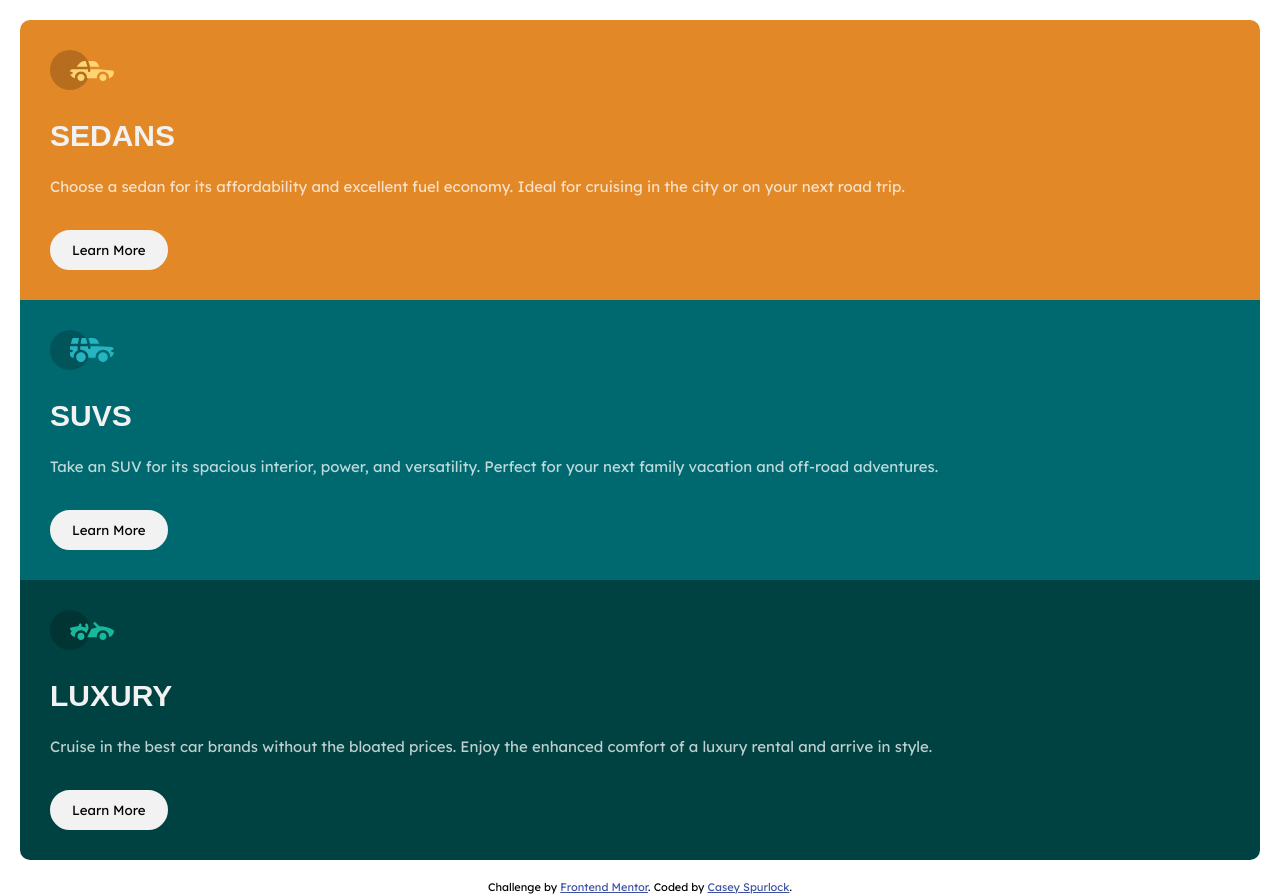
Repository: CaseySpurlock/3-column-preview-card-component-main
Page: index.html
An editor plug-in stored every save of this project. The page is shown before and after the next save, followed by the edit.
The browser window is 1280 px wide. The pictures show the whole page.

Above is the page before, as saved 2021-06-23 10:57:33.

### index.html
<!DOCTYPE html>
<html lang="en">
<head>
  <meta charset="UTF-8">
  <meta name="viewport" content="width=device-width, initial-scale=1.0"> <!-- displays site properly based on user's device -->

  <link rel="icon" type="image/png" sizes="32x32" href="./images/favicon-32x32.png">

  <title>Frontend Mentor | 3-column preview card component</title>

  <!-- Stylesheets -->
  <link rel="stylesheet" href="style.css">
  <link rel="preconnect" href="https://fonts.googleapis.com">
  <link rel="preconnect" href="https://fonts.gstatic.com" crossorigin>
  <link href="https://fonts.googleapis.com/css2?family=Big+Shoulders+Display:wght@700&family=Lexend+Deca&display=swap" rel="stylesheet">
</head>


<body>
  <div class="container">
    <div class="card bright-orange">
      <img src="./images/icon-sedans.svg" alt="sedan img">
      <h3>Sedans</h3>
      <p>Choose a sedan for its affordability and excellent fuel economy. Ideal for cruising in the city
        or on your next road trip.</p>
        <button class="btn">Learn More</button>
    </div>

    <div class="card dark-cyan">
      <img src="./images/icon-suvs.svg" alt="suv img">
      <h3>SUVs</h3>
      <p>Take an SUV for its spacious interior, power, and versatility. Perfect for your next family vacation
        and off-road adventures.</p>
        <button class="btn">Learn More</button>
    </div>

    <div class="card very-dark-cyan">
      <img src="./images/icon-luxury.svg" alt="luxury img">
      <h3>Luxury</h3>
      <p>Cruise in the best car brands without the bloated prices. Enjoy the enhanced comfort of a luxury
      rental and arrive in style.</p>
      <button class="btn">Learn More</button>
    </div>
  </div>

  <footer>
    <div class="attribution">
      Challenge by <a href="https://www.frontendmentor.io?ref=challenge" target="_blank">Frontend Mentor</a>.
      Coded by <a href="https://csgc86.myportfolio.com/" target="_blank">Casey Spurlock</a>.
    </div>
  </footer>
</body>
</html>

### style.css
* {
    margin: 0;
    padding: 0;
    box-sizing: border-box;
}

body, button {
    font-family: "Lexend deca", sans-serif;
}

h3 {
    font-family: "Big Shoilders Display", sans-serif;
    text-transform: uppercase;
    font-size: 30px;
}

p {
    color: hsla(0, 0%, 100%, 0.75);
    font-size: 15px;
    line-height: 1.8;
}

.bright-orange {
    background-color: hsl(31, 77%, 52%);
    border-radius: 10px 10px 0 0;
}

.dark-cyan {
    background-color: hsl(184, 100%, 22%);
}

.very-dark-cyan {
    background-color: hsl(179, 100%, 13%);
    border-radius: 0 0 10px 10px;
}

.container {
    padding: 20px;
}

.card {
    padding: 30px;

}

.card img {
    margin-bottom: 25px;
}

.card h3 {
    color: hsl(0, 0%, 95%);
    margin-bottom: 20px;
}

.card p {
    margin-bottom: 30px;
}

.btn {
    background-color: hsl(0, 0%, 95%);
    border: 2px solid hsl(0, 0%, 95%);
    border-radius: 30px;
    padding: 10px 20px;
    cursor: pointer;
    transition: all 0.3s ease-in-out;
}

.btn:hover {
    background-color: transparent;
    color: hsl(0, 0%, 95%);
}


.attribution {
    font-size: 11px;
    text-align: center;
}

.attribution a {
    color: hsl(228, 45%, 44%);
}

After the next save:
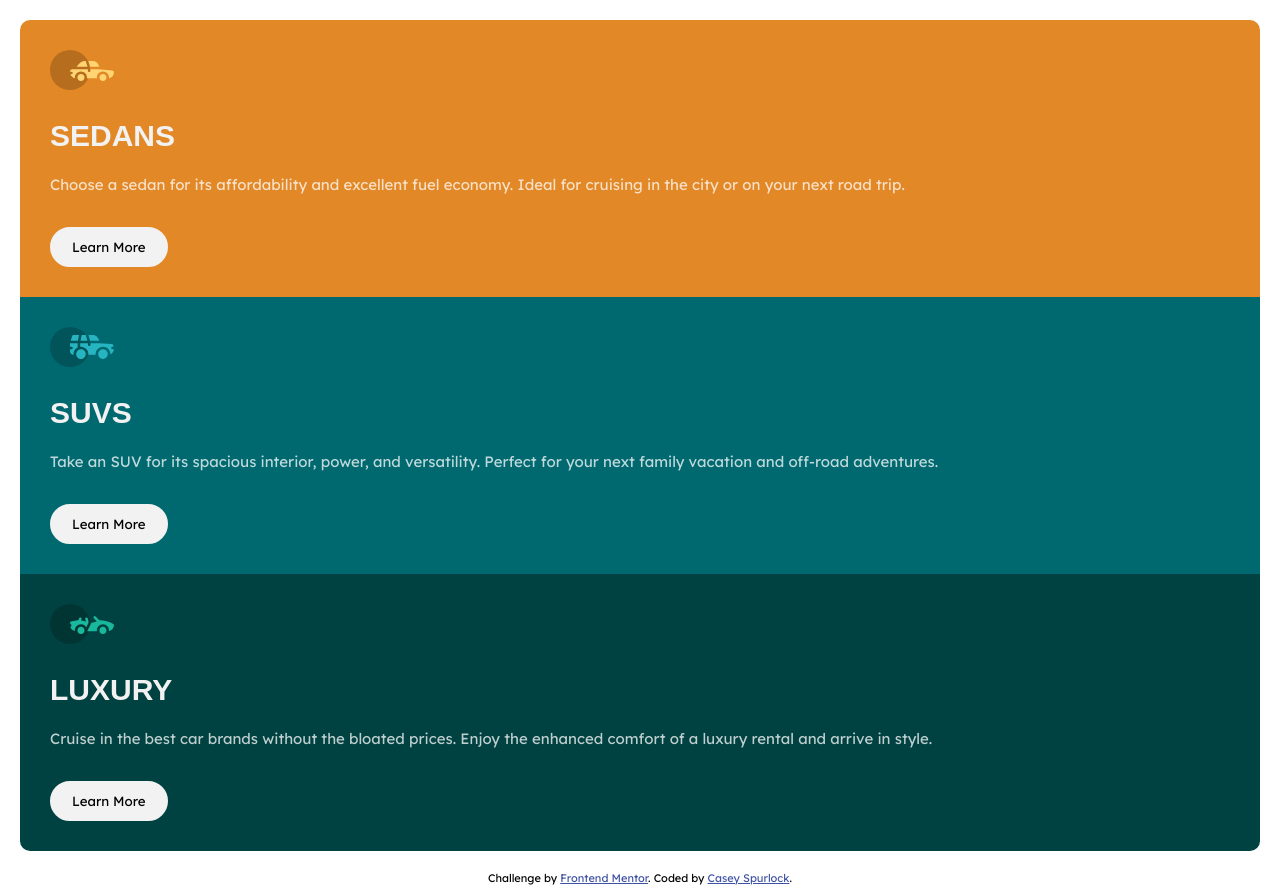
Saved 10 min 54 s later.
--- a/style.css
+++ b/style.css
@@ -17,7 +17,7 @@
 p {
     color: hsla(0, 0%, 100%, 0.75);
     font-size: 15px;
-    line-height: 1.8;
+    line-height: 1.6;
 }
 
 .bright-orange {
